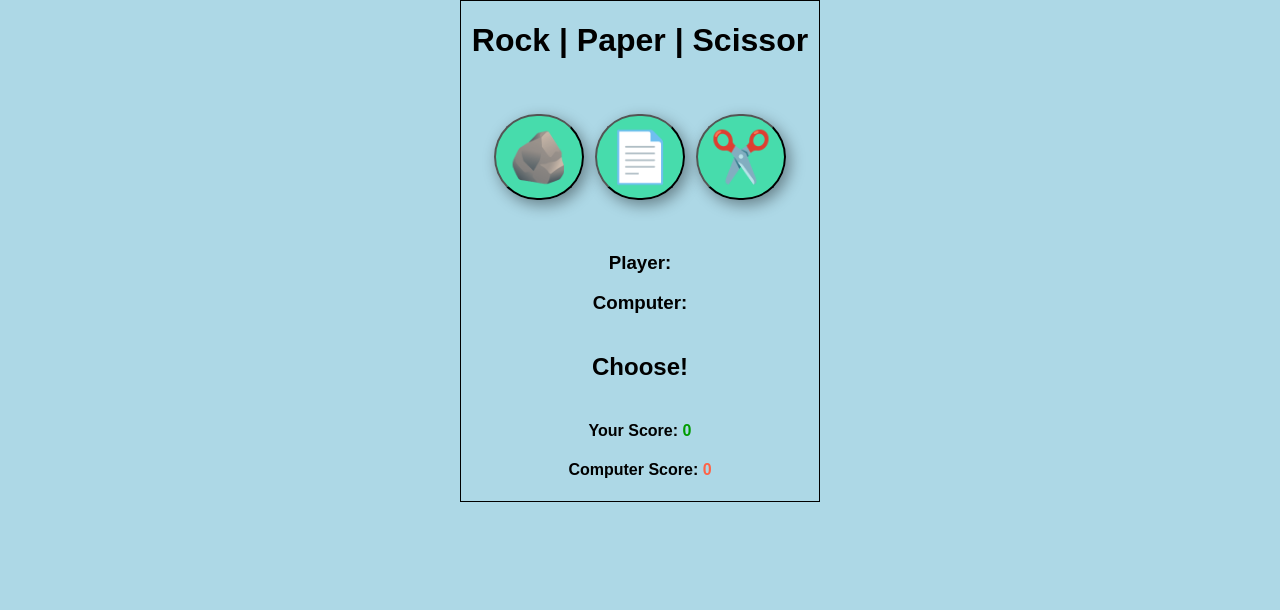
Repository: SakthivelDurai47/Rock-Paper-Sissors
Page: index.html
An editor plug-in stored every save of this project. The page is shown before and after the next save, followed by the edit.
The browser window is 1280 px wide. The pictures show the whole page.

Above is the page before, as saved 2025-04-14 23:19:12.

### index.html
<!DOCTYPE html>
<html lang="en">
  <head>
    <meta charset="UTF-8" />
    <meta name="viewport" content="width=device-width, initial-scale=1.0" />
    <title>Rock, Paper, Scissor</title>
    <meta name="aurthor" content="Sakthivel Durai S" />
    <link rel="stylesheet" href="styles.css" />
  </head>
  <body>
    <main>
      <h1>Rock | Paper | Scissor</h1>
      <div id="choice">
        <button onclick="playGame('Rock')">🪨</button>
        <button onclick="playGame('Paper')">📄</button>
        <button onclick="playGame('Scissor')">✂️</button>
      </div>
      <div id="info">
        <h3 id="playerInfo">Player:</h3>
        <h3 id="computerInfo">Computer:</h3>
      </div>
      <h2 id="result">Choose!</h2>
      <div id="scores">
        <h4>Your Score: <span id="scorePlr">0</span></h4>
        <h4>Computer Score: <span id="scoreCum">0</span></h4>
      </div>
    </main>
    <script src="index.js"></script>
  </body>
</html>

### styles.css
body {
  margin: 0;
  font-family: Arial, sans-serif;
  display: flex;
  flex-direction: column;
  align-items: center;
  text-align: center;
  background-color: lightblue;
  height: 100vh;
}
#choice {
  margin: 30px;
}
button {
  border-radius: 300px;
  font-size: 50px;
  padding: 12px;
  margin: 3px;
  background-color: hsla(160, 70%, 55%, 0.9);
  box-shadow: 4px 5px 15px rgba(0, 3, 3, 0.4);
  transition: background-color 0.5s ease;
  cursor: pointer;
}
button:hover {
  background-color: turquoise;
  scale: 110%;
}

#scorePlr {
  color: rgb(0, 156, 0);
}

#scoreCum {
  color: tomato;
}
.greenText {
  color: rgb(0, 156, 0);
}
.redText {
  color: tomato;
}

main {
  border: 1px solid black;
  display: grid;
  justify-items: center;
  align-items: center;
}

### index.js
const choices = ["Rock", "Paper", "Scissor"];
const playerInfo = document.getElementById("playerInfo");
const computerInfo = document.getElementById("computerInfo");
const result = document.getElementById("result");
const scoreCom = document.getElementById("scoreCum");
const scorePlr = document.getElementById("scorePlr");
let playerScore = 0;
let computerScore = 0;

function playGame(playerChoice) {
  const computerChoice = choices[Math.floor(Math.random() * 3)];
  let results = "";
  console.log(computerChoice);

  if (playerChoice === computerChoice) {
    results = "It's a Tie";
  } else {
    switch (playerChoice) {
      case "Rock":
        results = computerChoice === "Scissor" ? "You Win!" : "You Lose!";
        break;
      case "Paper":
        results = computerChoice === "Rock" ? "You Win!" : "You Lose!";
        break;
      case "Scissor":
        results = computerChoice === "Paper" ? "You Win!" : "You Lose!";
        break;
    }
  }
  result.classList.remove("greenText", "redText");
  playerInfo.textContent = `Player: ${playerChoice}`;
  computerInfo.textContent = `Computer: ${computerChoice}`;
  result.textContent = results;

  if (results === "You Win!") {
    playerScore++;
    result.classList.add("greenText");
  } else if (results === "You Lose!") {
    computerScore++;
    result.classList.add("redText");
  }
  scoreCom.innerText = computerScore;
  scorePlr.innerText = playerScore;
}

After the next save:
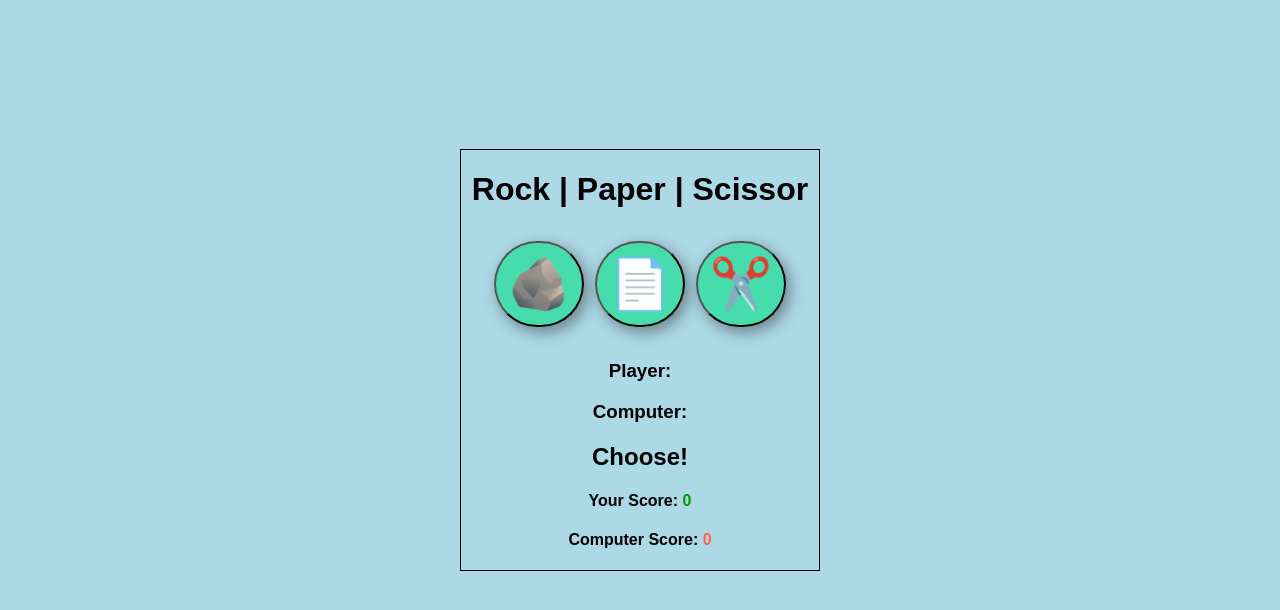
Saved 22 s later.
--- a/styles.css
+++ b/styles.css
@@ -42,7 +42,5 @@ button:hover {
 
 main {
   border: 1px solid black;
-  display: grid;
-  justify-items: center;
-  align-items: center;
+  margin: auto;
 }
